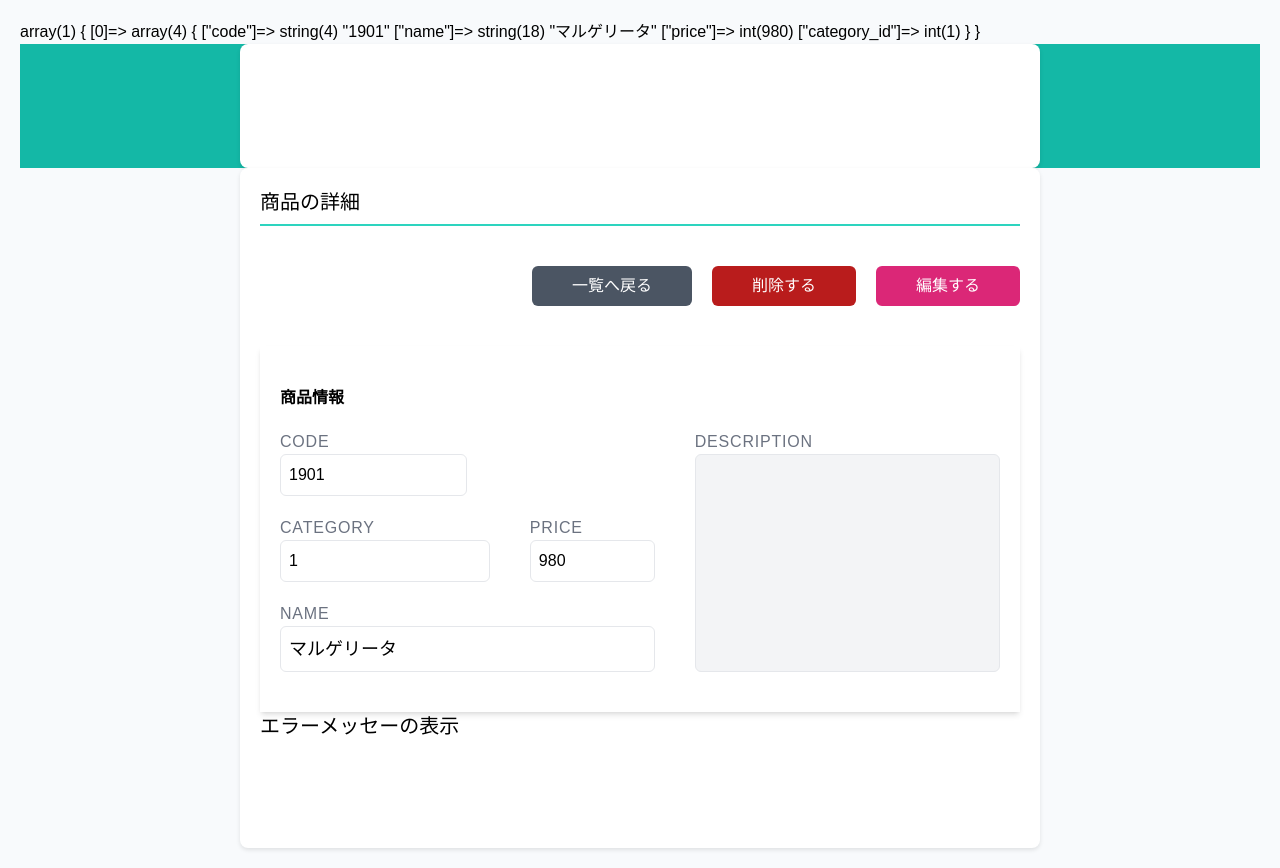
Repository: ShunKUN1182/STD_PHP
Page: http://localhost/kadai07_1.php?product_code=1901
An editor plug-in stored every save of this project. The page is shown before and after the next save, followed by the edit.
The browser window is 1280 px wide. The pictures show the whole page.
Some web libraries are served in a nearby version. The page is run by PHP 8.4 with error messages shown; the project is at /var/www/html/. The database holds what the project's SQL file puts in it.

Above is the page before, as saved 2026-07-10 13:54:51.

After the next save:
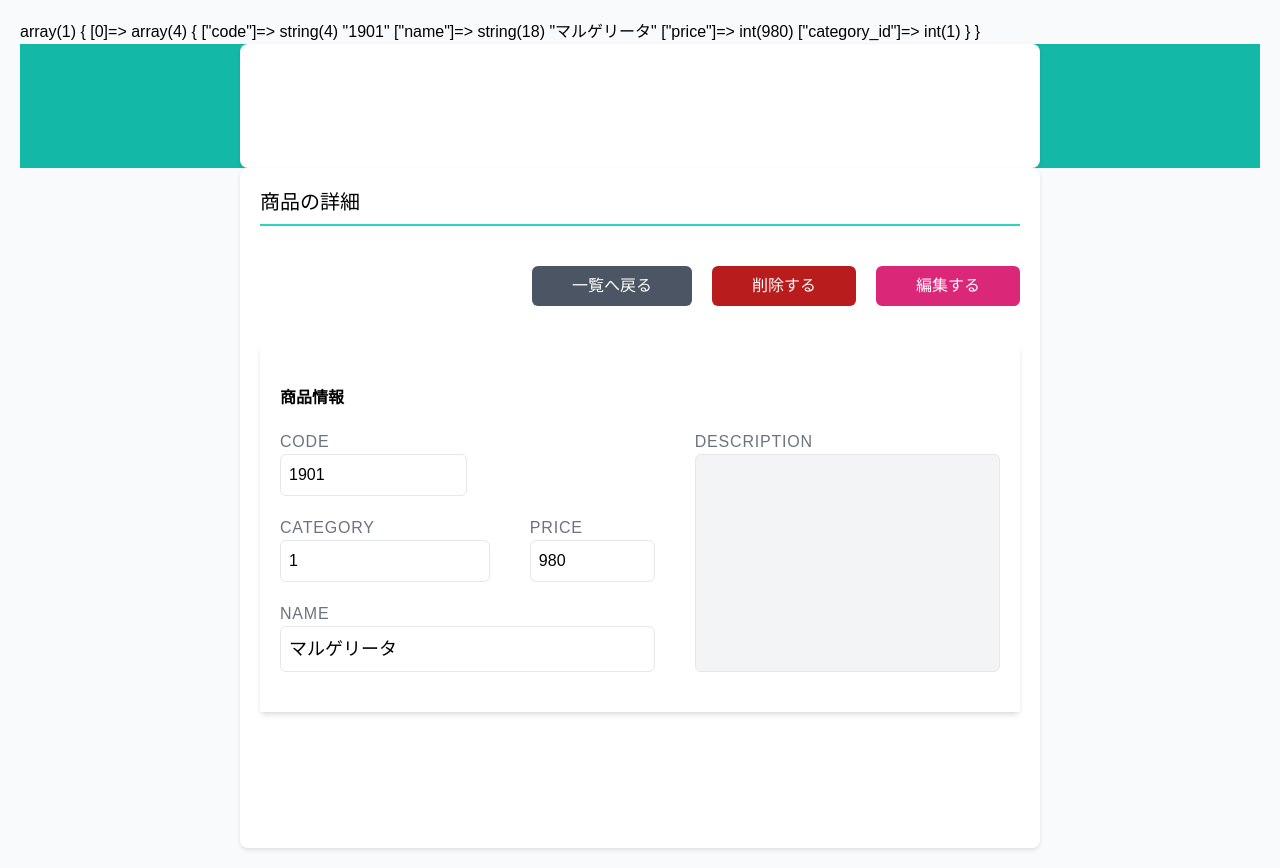
Saved 15 s later.
--- a/kadai07_1.php
+++ b/kadai07_1.php
@@ -96,7 +96,7 @@ var_dump($productResult)
     </div><!--/.product-wrap-->
 
       <!-- エラーメッセージ -->
-      <p class="text-xl">エラーメッセーの表示</p>
+      <!-- <p class="text-xl">エラーメッセーの表示</p> -->
 
 
   </div><!--/.container-->
